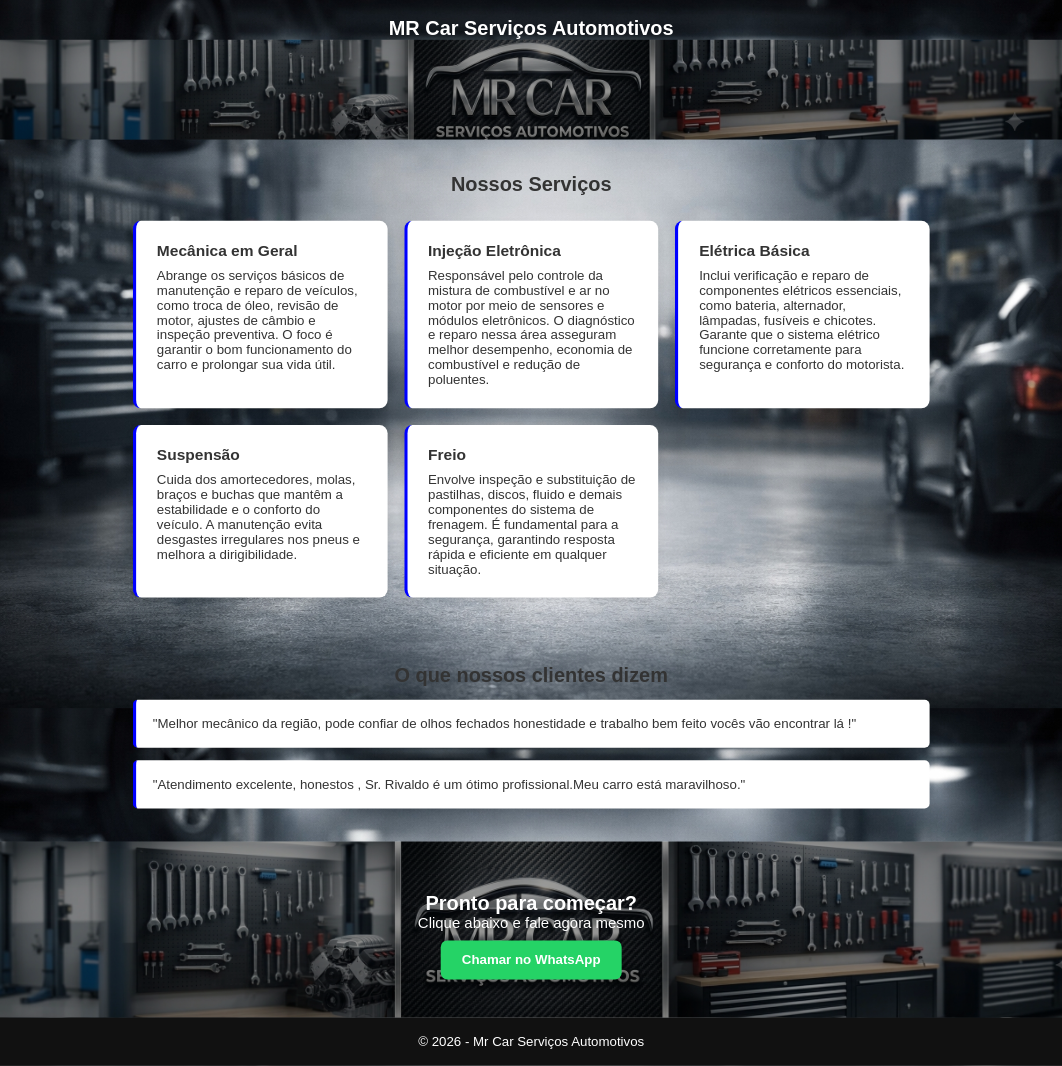
Repository: templaterj1991-Luiz/Main
Page: Template/index.html
An editor plug-in stored every save of this project. The page is shown before and after the next save, followed by the edit.
The browser window is 1280 px wide. The pictures show the whole page, at 83% of full size.
Backgrounds fixed to the window are drawn as part of the page.

Above is the page before, as saved 2026-06-06 13:55:10.

After the next save:
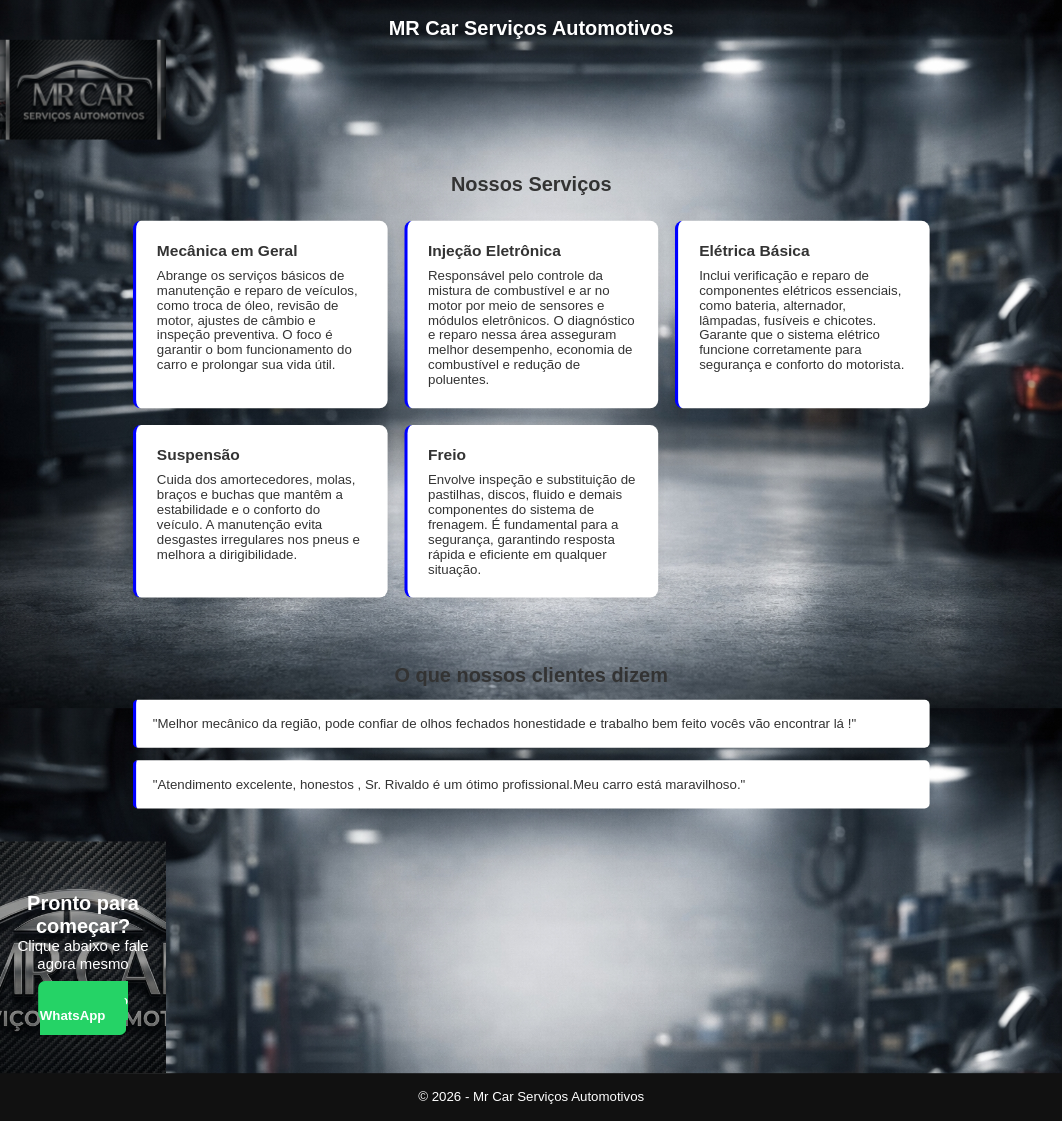
Saved 4 s later.
--- a/Template/index.html
+++ b/Template/index.html
@@ -32,7 +32,7 @@
 
         .hero {
             padding: 60px 20px;
-            width: ;
+            width: 200px;
             text-align: center;
             background-image: url(../Template/assests/Gemini_Generated_Image_hhrxh3hhrxh3hhrx.png);
             background-position: center center;
